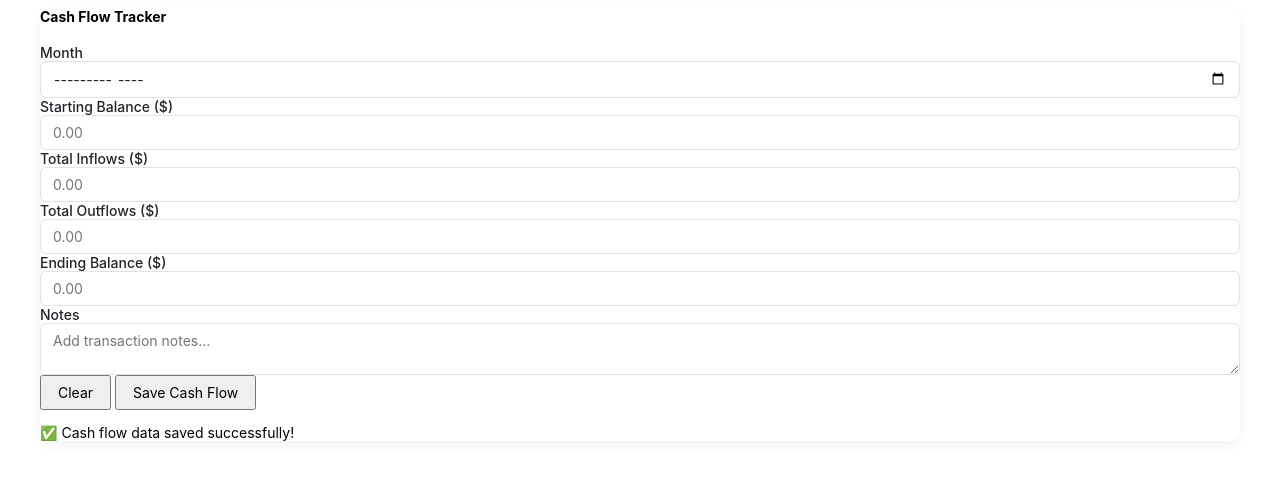
Repository: tonym642/bizcore360-wp
Page: pages/forecasts.html
These files come from the project's save history. The page is drawn as it stood at one moment and after the next save; the edit follows.
The browser window is 1280 px wide. The pictures show the whole page.

Above is the page before, as saved 2025-10-22 12:56:29.

After the next save:
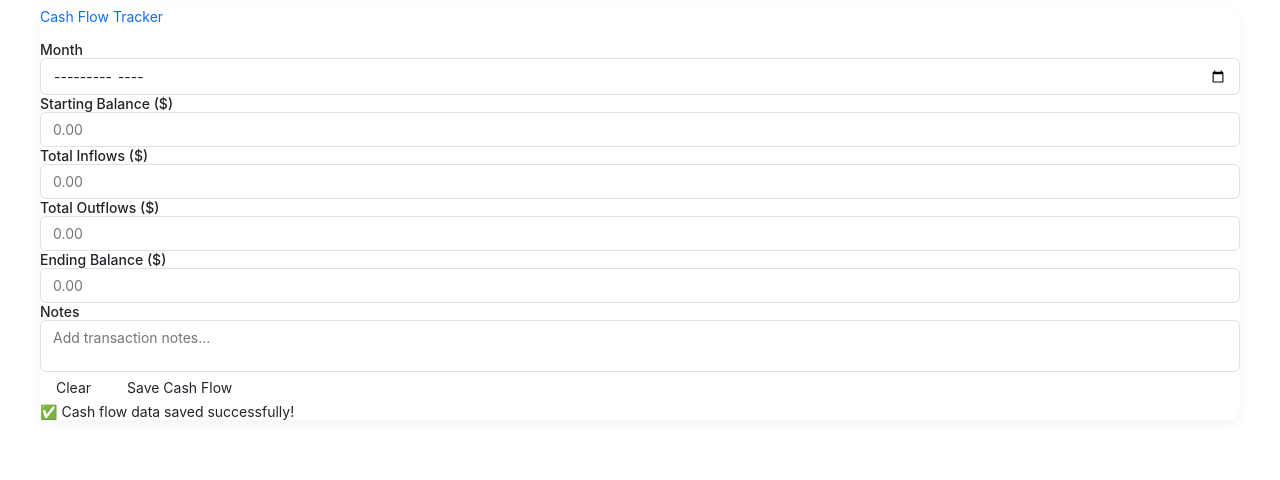
Saved 4 min 9 s later.
--- a/pages/forecasts.html
+++ b/pages/forecasts.html
@@ -1,6 +1,6 @@
 <!-- Cash Flow Tracker | version: 2025-10-22 -->
-<div id="bizcore360-app" class="p-3">
-  <div class="container-fluid p-4 mt-3">
+<div id="bizcore360-scope">
+  <div class="container-fluid p-4 mt-4">
     <div class="card shadow-sm rounded-3 border-0">
       <div class="card-body">
         <h4 class="mb-3 fw-semibold text-primary">Cash Flow Tracker</h4>
@@ -54,45 +54,56 @@
 </div>
 
 <style>
-/* === BizCore360 Isolation Patch === */
-#bizcore360-app * {
-  all: revert;
+/* 🔒 Scoped Isolation for BizCore360 App */
+#bizcore360-scope * {
+  all: unset;
   box-sizing: border-box;
-  font-family: 'Inter', sans-serif !important;
-  font-size: 14px;
+  display: revert;
 }
 
-#bizcore360-app .container-fluid {
+#bizcore360-scope {
+  all: revert;
+  font-family: 'Inter', sans-serif !important;
+  font-size: 14px !important;
+  color: #212529 !important;
+}
+
+#bizcore360-scope .container-fluid {
   max-width: 1200px;
   margin: 0 auto;
 }
 
-#bizcore360-app .card {
+#bizcore360-scope .card {
   background-color: #fff !important;
-  border-radius: .75rem;
-  box-shadow: 0 4px 12px rgba(0, 0, 0, .05);
+  border-radius: .75rem !important;
+  box-shadow: 0 4px 12px rgba(0,0,0,.05) !important;
 }
 
-#bizcore360-app label {
-  font-weight: 500;
-  color: #212529;
+#bizcore360-scope h4 {
+  color: #0d6efd !important;
+  margin-bottom: 1rem !important;
 }
 
-#bizcore360-app input.form-control,
-#bizcore360-app textarea.form-control,
-#bizcore360-app select.form-select {
+#bizcore360-scope label {
+  font-weight: 500 !important;
+  color: #212529 !important;
+}
+
+#bizcore360-scope input.form-control,
+#bizcore360-scope textarea.form-control,
+#bizcore360-scope select.form-select {
   border: 1px solid #dee2e6 !important;
   background-color: #fff !important;
   color: #212529 !important;
-  width: 100%;
-  padding: .5rem .75rem;
-  border-radius: .375rem;
+  width: 100% !important;
+  padding: .5rem .75rem !important;
+  border-radius: .375rem !important;
+  display: block !important;
 }
 
-#bizcore360-app button.btn {
-  font-size: 14px;
-  padding: .45rem 1rem;
+#bizcore360-scope .btn {
+  font-size: 14px !important;
+  padding: .45rem 1rem !important;
+  border-radius: .375rem !important;
 }
 </style>
-
-<!-- forced-sync: 2025-10-22 -->
